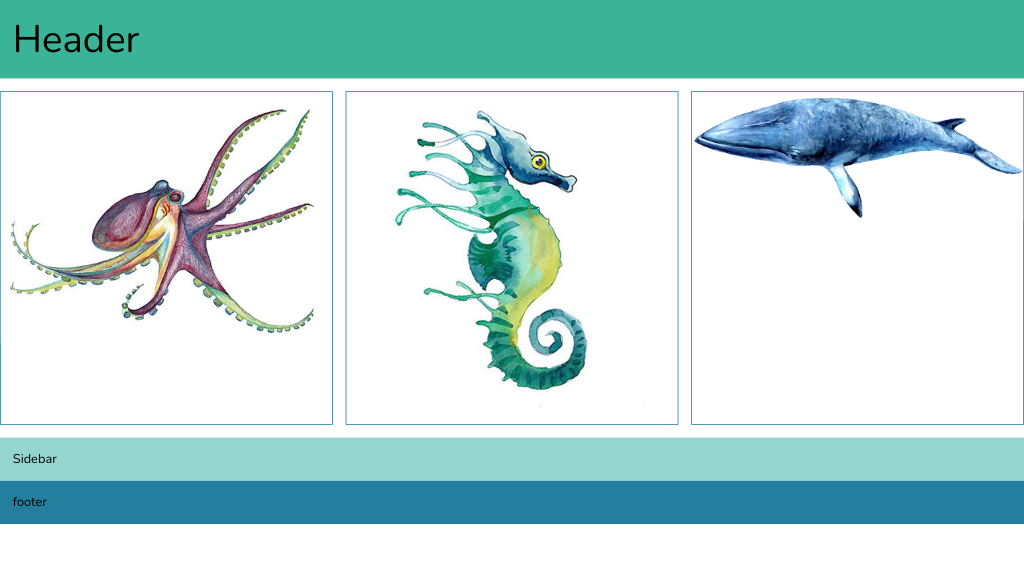
Repository: mariocapitbrok/css-combining-grid-and-flexbox-0207
Page: index.html
The author's editor kept a copy of each file at every save. The page is drawn from the files as they stood at one save, then again after the next save.
The browser window is 1280 px wide. The pictures show the whole page, at 80% of full size.

Above is the page before, as saved 2022-10-07 09:11:34.

### index.html
<!DOCTYPE html>
<html lang="en">
<head>
    <meta charset="UTF-8">
    <meta name="viewport" content="width=device-width, initial-scale=1.0">
    <title>Responsive grid webpage</title>
    <link rel="stylesheet" href="styles/base.css">
</head>
<body>
   <section class="container">
       <header>Header</header>
       <aside>Sidebar</aside>
       <main>
            <article><img src="images/01.jpg" alt="sealife"></article>
            <article><img src="images/02.jpg" alt="sealife"></article>
            <article><img src="images/03.jpg" alt="sealife"></article>
       </main>
       <footer>footer</footer>
   </section>
</body>
</html>

### styles/base.css
@import url('https://fonts.googleapis.com/css2?family=Nunito:ital,wght@0,300;0,400;0,700;0,900;1,600&display=swap');

* {
    margin: 0;
    padding: 0;
    font-family: 'Nunito', sans-serif;
    box-sizing: border-box;
}

img {
    max-width: 100%;
    height: auto;
}

header, aside, footer {
    padding: 1rem;
}

header {
    background-color: #3ab397;
    font-size: 3rem;
    grid-area: header;
}

aside {
    background-color: #95d5cf;
    grid-area: aside;
}

main {
    margin: 1em 0;
    grid-area: main;
    display: grid;
    grid-template-columns: repeat(auto-fit, minmax(300px, 1fr));
    grid-gap: 1em;
}

article {
    border: solid 1px #247e9d;
    text-align: center;
}

footer {
    background-color: #247e9d;
    grid-area: footer;
}

.container {
    display: grid;
    grid-template-areas:
        "header"
        "main"
        "aside"
        "footer"
}



@media screen and (min-width:800px) {


}

After the next save:
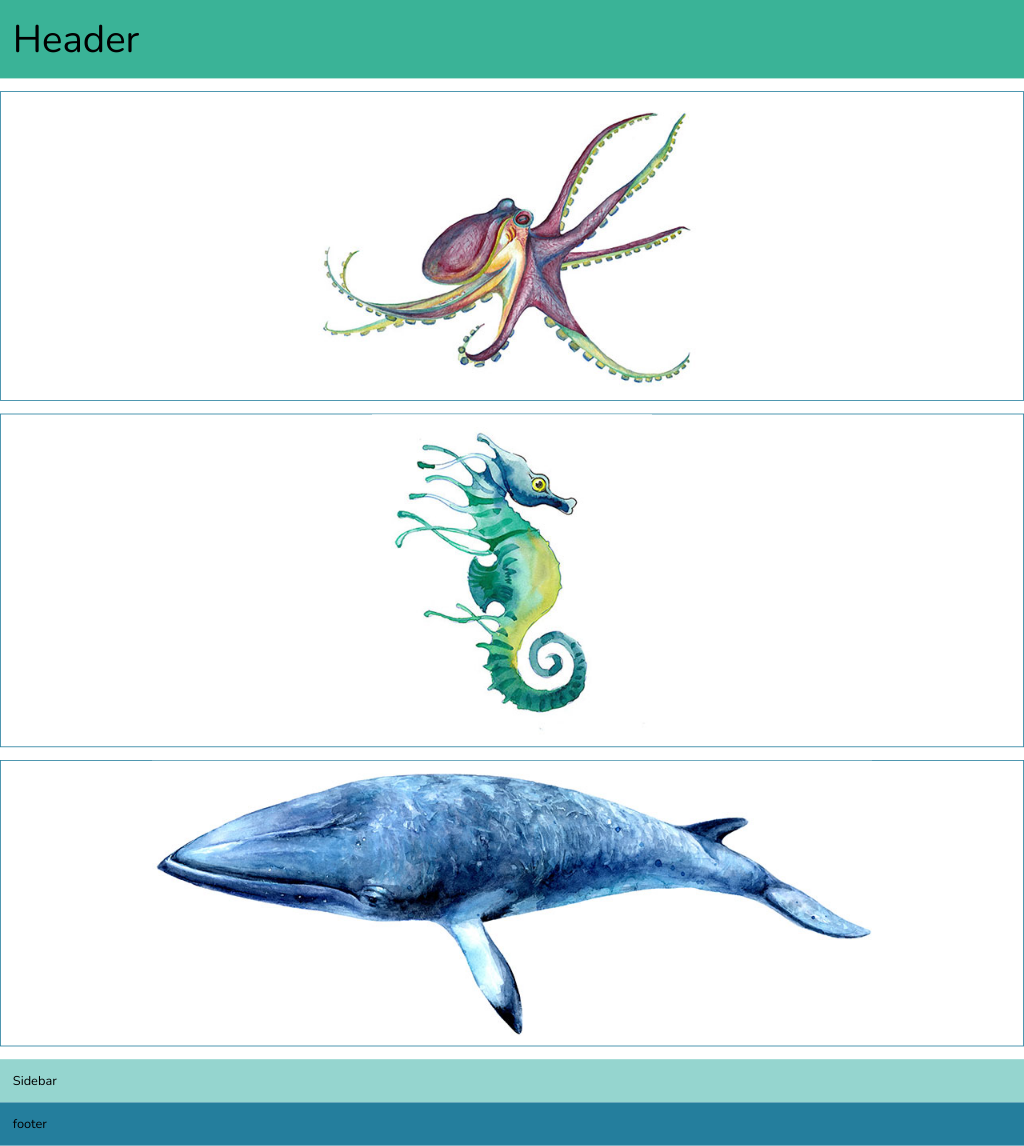
Saved 6 min 21 s later.
--- a/styles/base.css
+++ b/styles/base.css
@@ -31,7 +31,7 @@ main {
     margin: 1em 0;
     grid-area: main;
     display: grid;
-    grid-template-columns: repeat(auto-fit, minmax(300px, 1fr));
+    grid-template-columns: repeat(auto-fll, minmax(300px, 1fr));
     grid-gap: 1em;
 }
 
